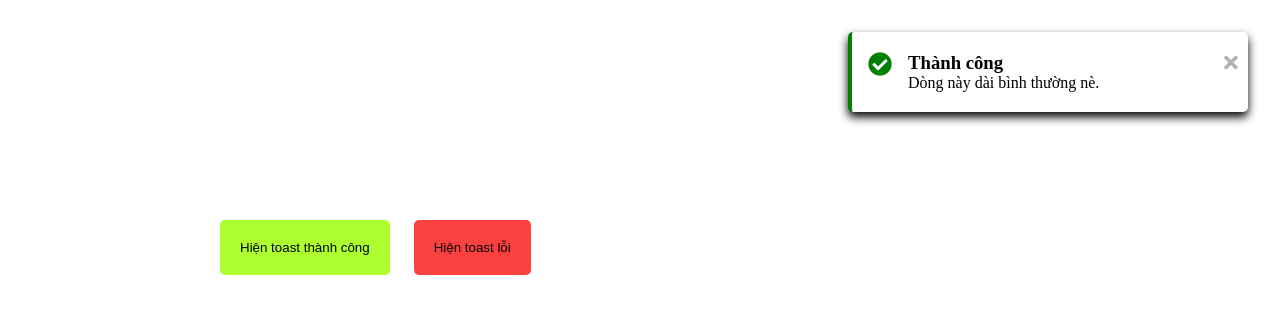
Repository: hkhansh27/learn-block-element-modifier
Page: index.html
An editor plug-in stored every save of this project. The page is shown before and after the next save, followed by the edit.
The browser window is 1280 px wide. The pictures show the whole page.
After loading, the first visible `button.btn` was clicked once.

Above is the page before, as saved 2021-06-19 23:12:11.

After the next save:
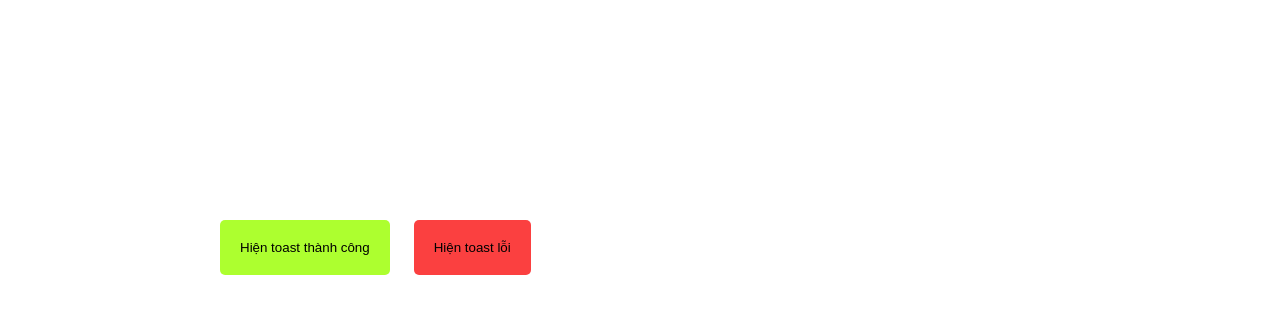
Console error: ReferenceError: showSuccessToast is not defined
Not found: src/js/controller.js
Saved 29 s later.
--- a/index.html
+++ b/index.html
@@ -1,86 +1,26 @@
 <!DOCTYPE html>
 <html lang="en">
-<head>
-  <meta charset="UTF-8">
-  <meta name="viewport" content="width=device-width, initial-scale=1.0">
-  <link rel="stylesheet" href="https://cdnjs.cloudflare.com/ajax/libs/font-awesome/5.15.2/css/all.min.css">
-  <link rel="stylesheet" href="style.css">
-  <title>Toast Message (BEM)</title>
-</head>
-<body>
-  <div id="toast">
-  </div>
-  <div class="btn">
-    <button onclick="showSuccessToast();" class="btn btn--success">Hiện toast thành công</button>
-    <button onclick="showErrorToast();" class="btn btn--error">Hiện toast lỗi</button>
-  </div>
-  <div>
-
-  </div>
-  <script>
-    function toast({
-      tittle = '',
-      message = '',
-     type = 'info',
-     duration = 3000}) {
-      const main = document.getElementById('toast');
-      if(main) {
-        const toast = document.createElement('div');
-        const autoRemoved = setTimeout(function(){
-        main.removeChild(toast);
-        }, duration + 1000);
-        toast.onclick = function(e) {
-          if (e.target.closest('.toast__close')) {
-            main.removeChild(toast);
-            clearTimeout(autoRemoved);
-          }
-        }
-        const icons = {
-          success: 'fas fa-check-circle',
-          warning: 'fas fa-exclamation-circle',
-          error: 'fas fa-exclamation-circle'
-        }
-        const icon = icons[type]
-        toast.classList.add('toast', `toast--${type}`);
-        const delay = (duration / 1000).toFixed(2);
-        toast.style.animation = `animation: slideInLeft ease 0.3s, fadeOut linear 1s ${delay}s forwards`;
-        toast.innerHTML = `
-          <div class="toast__icon">
-            <i class="${icon}"></i>
-          </div>
-          <div class="toast__body">
-            <h3 class="toast__title">${tittle}</h3>
-            <p class="toast__msg">${message}</p>
-          </div>
-          <div class="toast__close">
-            <i class="fas fa-times"></i>
-          </div>
-        `;
-        main.appendChild(toast);
-      }
-    }
-    toast({
-      tittle: 'Thành công',
-      message: 'Dòng này dài bình thường nè.',
-      type: 'success',
-      duration: 3000
-    });
-    function showSuccessToast() {
-      toast({
-      tittle: 'Thành công',
-      message: 'Dòng này dài bình thường nè.',
-      type: 'success',
-      duration: 3000
-    });
-    };
-    function showErrorToast(){
-      toast({
-      tittle: 'Thất bại',
-      message: 'Dòng này dài bình thường nè.',
-      type: 'error',
-      duration: 3000
-    });
-    };
-  </script>
-</body>
+  <head>
+    <meta charset="UTF-8" />
+    <meta name="viewport" content="width=device-width, initial-scale=1.0" />
+    <link
+      rel="stylesheet"
+      href="https://cdnjs.cloudflare.com/ajax/libs/font-awesome/5.15.2/css/all.min.css"
+    />
+    <link rel="stylesheet" href="style.css" />
+    <title>Toast Message (BEM)</title>
+  </head>
+  <body>
+    <div id="toast"></div>
+    <div class="btn">
+      <button onclick="showSuccessToast();" class="btn btn--success">
+        Hiện toast thành công
+      </button>
+      <button onclick="showErrorToast();" class="btn btn--error">
+        Hiện toast lỗi
+      </button>
+    </div>
+    <div></div>
+    <script defer src="src/js/controller.js"></script>
+  </body>
 </html>
